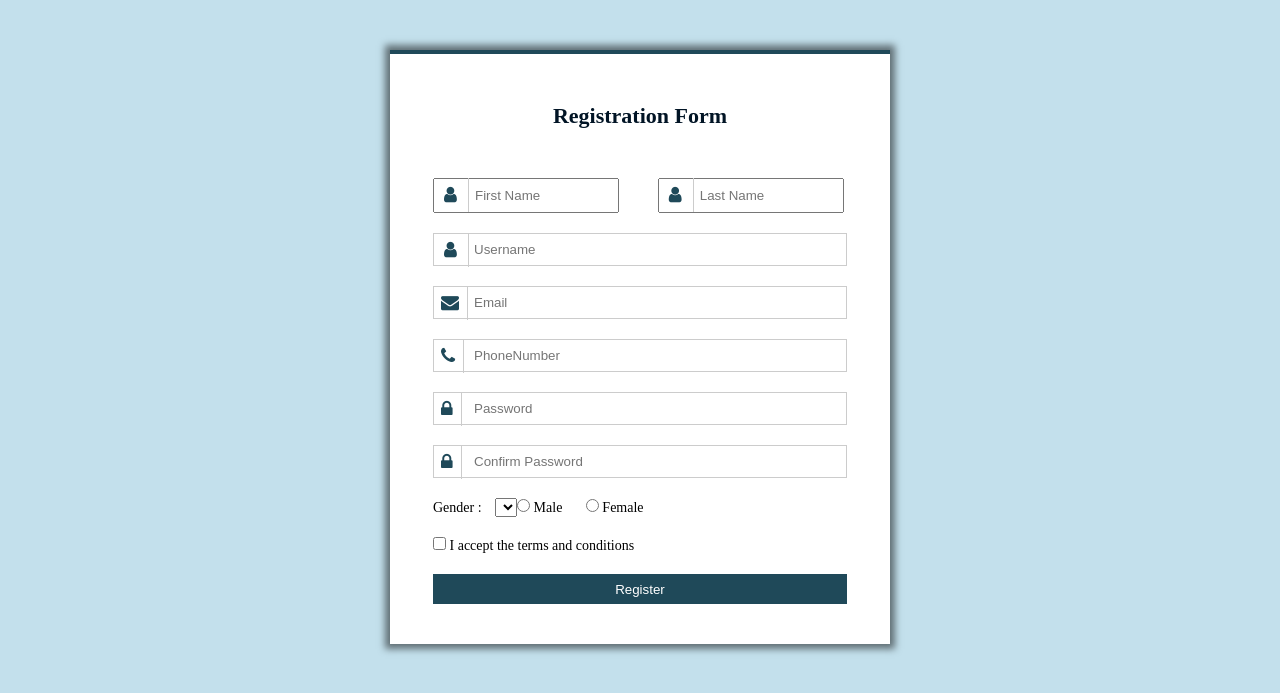
Repository: sampanna17/javabackup
Page: http://localhost/EvoX_CW/pages/register.jsp
The author's editor kept a copy of each file at every save. The page is drawn from the files as they stood at one save, then again after the next save.
The browser window is 1280 px wide. The pictures show the whole page.
The page is served by Tomcat 9. Other server files are loaded and not shown.

Above is the page before, as saved 2024-05-05 12:37:25.

### EvoX_CW/src/main/webapp/pages/register.jsp
<%@page import="utils.StringUtils"%>
<%@ page language="java" contentType="text/html; charset=ISO-8859-1"
	pageEncoding="ISO-8859-1"%>

<%
String contextPath = request.getContextPath();
%>
<!DOCTYPE html>
<html lang="en">
<head>
    <meta charset="UTF-8">
    <meta name="viewport" content="width=device-width, initial-scale=1.0">
    <title>Registration Form</title>
    <link rel="stylesheet" type="text/css" href="../stylesheets/register.css"/>
    <link rel="stylesheet" href="https://cdnjs.cloudflare.com/ajax/libs/font-awesome/4.7.0/css/font-awesome.min.css">
</head>

<body>
    <div class="container">

    	<%-- Display error message --%>
		<%
		String errorMessage = (String) request.getAttribute(StringUtils.MESSAGE_ERROR);
		if(errorMessage != null && !errorMessage.isEmpty()){
		%>
		<p class= "error-message"><%=errorMessage%></p>
		<%
		}
		%>

        <h1>Registration Form</h1>
        <div class="form-container">
        <form action="<%=contextPath%>/registerstudent" method="post">

               <div class="input-name">
                    <i class="fa fa-user lock"></i>
                    <input type="text" placeholder="First Name" class="name" name="firstname">

                    <span>
                        <i class="fa fa-user lock"></i>
                        <input type="text" placeholder="Last Name" class="name" name="laststname">
                    </span>

                </div>
                <div class="input-name">
                    <i class="fa fa-user lock"></i>
                    <input type="text" placeholder="Username" class="text-name" name="username">
                </div>

                <div class="input-name">
                    <i class="fa fa-envelope email"></i>
                    <input type="email" placeholder="Email" class="text-name" name="email">
                </div>
                <div class="input-name">
                    <i class="fa fa-phone"></i>
                    <input type="text" placeholder="PhoneNumber" class="text-name" name="phonenumber">
                </div>
                <div class="input-name">
                    <i class="fa fa-lock"></i>
                    <input type="password" placeholder="Password" class="text-name" name="password">
                </div>
                <div class="input-name">
                    <i class="fa fa-lock"></i>
                    <input type="password" placeholder="Confirm Password" class="text-name" name="confirmpassword">
                </div>
                <div class="input-name">
                    <p style="display: inline-block; margin-right: 10px;">Gender :</p>
                    <select id="gender" name="gender" required>
                    	<input type="radio" class="radio" name="r1" style="display: inline-block;">
                    	<label style="margin-right: 20px; display: inline-block;">Male</label>

                    	<input type="radio" class="radio1" name="r1" style="display: inline-block;">
                    	<label style="display: inline-block;">Female</label>
                    </select>
                </div>

                <div class="input-name">
                    <input type="checkbox" class="check-button">
                    <label> I accept the terms and conditions</label>
                </div>
                <div class="input-name">
                    <input type="submit" class="button" value="Register">
                </div>

        </form>
            <%
			String errMsg = (String) request.getAttribute(StringUtils.MESSAGE_ERROR);
			String successMsg = (String) request.getAttribute(StringUtils.MESSAGE_SUCCESS);

			if (errMsg != null) {
			// print
			%>
			<h4 class="error-msg">
				<%
				out.println(errMsg);
				%>
			</h4>
			<%
			}

			if (successMsg != null) {
			// print
			%>
			<h4 class="success-msg">
				<%
				out.println(successMsg);
				%>
			</h4>
			<%
			}
			%>
        </div>
    </div>
</body>

</html>

### EvoX_CW/src/main/webapp/stylesheets/register.css
@charset "ISO-8859-1";

*
{
    margin:0;
    padding:0;
    box-sizing: border-box;
}
body{
    font-size: 14px;
    background-color:#c3e0ec;
}

.container{
    background-color: white;
    width:500px;
    padding: 20px;
    margin:50px auto 0 ;
    border-top: 4px solid#1F4959;
    box-shadow: 0 0 7px 5px rgba(0, 0, 0, 0.5);
    justify-content: center; /* Center horizontally */
    align-items: center; /* Center vertically */
}


.container h1{
    font-size: 22px;
    line-height: 24px;
    padding:30px;
    text-align: center;
    color:#011425

}
.input-name
{
    width:90%;
    position: relative;
    margin: 20px auto;
}

.lock{
    padding:8px 11px;
}

.name{
    width: 45%;
    padding:8px 0 8px 40px ;
}

.input-name span{
    margin-left: 35px;

}
.text-name{
    width:100%;
    padding:8px 0 8px 40px ;
}

.input-name i
{
    position: absolute;
    font-size: 18px;
    color:#1f4959;
    border-right: 1px solid #cccccc;

}
.email{
    padding:8px;
}
.input-name i.fa-lock{
    padding: 8px;
}
.input-name i.fa-phone{
    padding: 8px;
}

.text-name,name{
    border: 1px solid #cccccc;
    outline: none;
}
r1{
    margin-right: 4px ;
}

.button{
    background-color:#1f4959;
    color: white;
    height: 30px;
    width:100%;
    border: none;
    outline: none;
    cursor: pointer;

}
.button:hover{
    background-color:#c3e0ec;
}

After the next save:
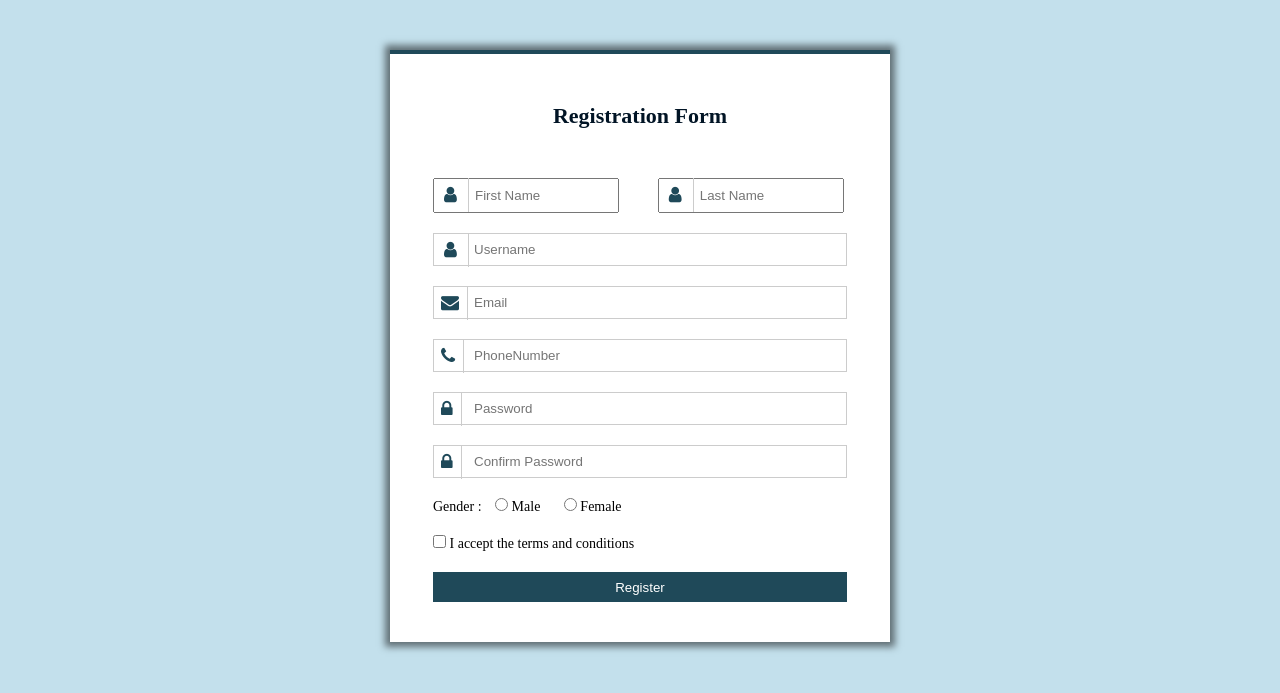
Saved 69 s later.
--- a/EvoX_CW/src/main/webapp/pages/register.jsp
+++ b/EvoX_CW/src/main/webapp/pages/register.jsp
@@ -65,14 +65,14 @@
                 </div>
                 <div class="input-name">
                     <p style="display: inline-block; margin-right: 10px;">Gender :</p>
-                    <select id="gender" name="gender" required>
-                    	<input type="radio" class="radio" name="r1" style="display: inline-block;">
-                    	<label style="margin-right: 20px; display: inline-block;">Male</label>
 
-                    	<input type="radio" class="radio1" name="r1" style="display: inline-block;">
-                    	<label style="display: inline-block;">Female</label>
-                    </select>
+                    <input type="radio" class="radio" name="r1" style="display: inline-block;">
+                    <label style="margin-right: 20px; display: inline-block;">Male</label>
+
+                    <input type="radio" class="radio1" name="r1" style="display: inline-block;">
+                    <label style="display: inline-block;">Female</label>
                 </div>
+
 
                 <div class="input-name">
                     <input type="checkbox" class="check-button">

After the 2 saves that followed:
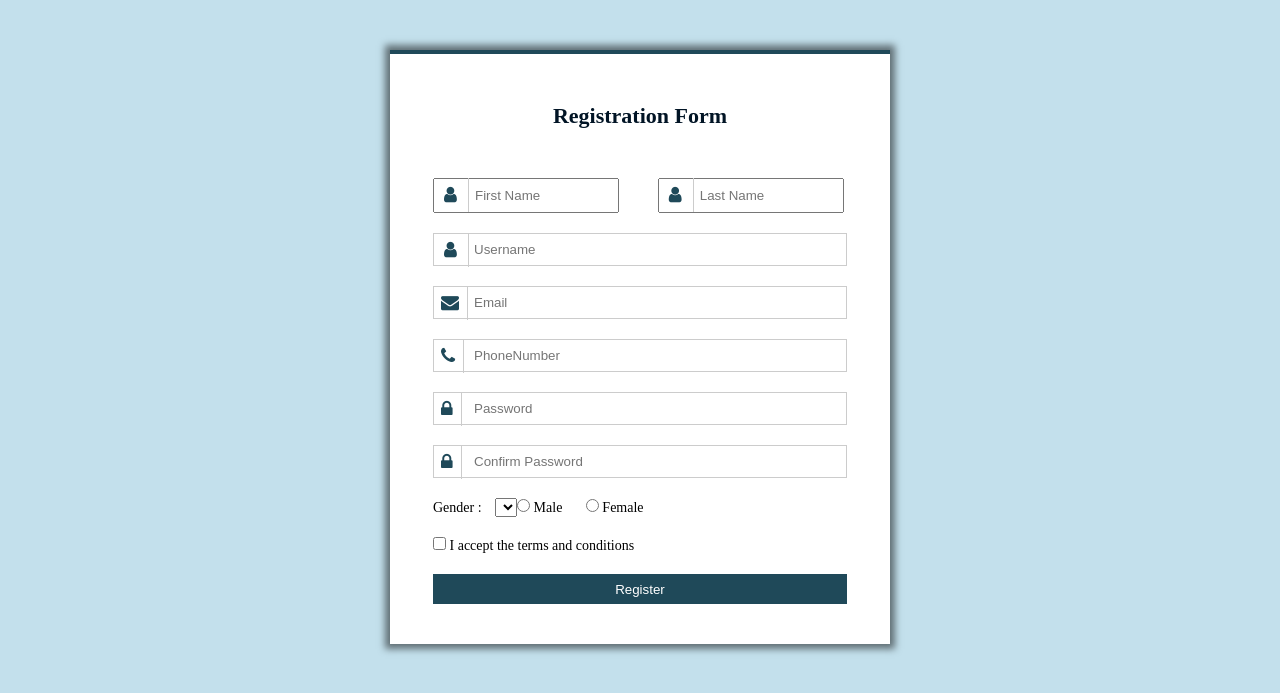
The 2 saves are shown as one change because 1 left the picture as it was.
The last was saved 88 s later.
--- a/EvoX_CW/src/main/webapp/pages/register.jsp
+++ b/EvoX_CW/src/main/webapp/pages/register.jsp
@@ -64,13 +64,14 @@
                     <input type="password" placeholder="Confirm Password" class="text-name" name="confirmpassword">
                 </div>
                 <div class="input-name">
-                    <p style="display: inline-block; margin-right: 10px;">Gender :</p>
+                    <label for="gender" style="display: inline-block; margin-right: 10px;">Gender :</label>
+     				 <select id="gender" name="gender" required>
+                    	<input type="radio" class="radio" name="r1" style="display: inline-block;">
+                    	<label style="margin-right: 20px; display: inline-block;">Male</label>
 
-                    <input type="radio" class="radio" name="r1" style="display: inline-block;">
-                    <label style="margin-right: 20px; display: inline-block;">Male</label>
-
-                    <input type="radio" class="radio1" name="r1" style="display: inline-block;">
-                    <label style="display: inline-block;">Female</label>
+                    	<input type="radio" class="radio1" name="r1" style="display: inline-block;">
+                    	<label style="display: inline-block;">Female</label>
+                    </select>
                 </div>
 
 
